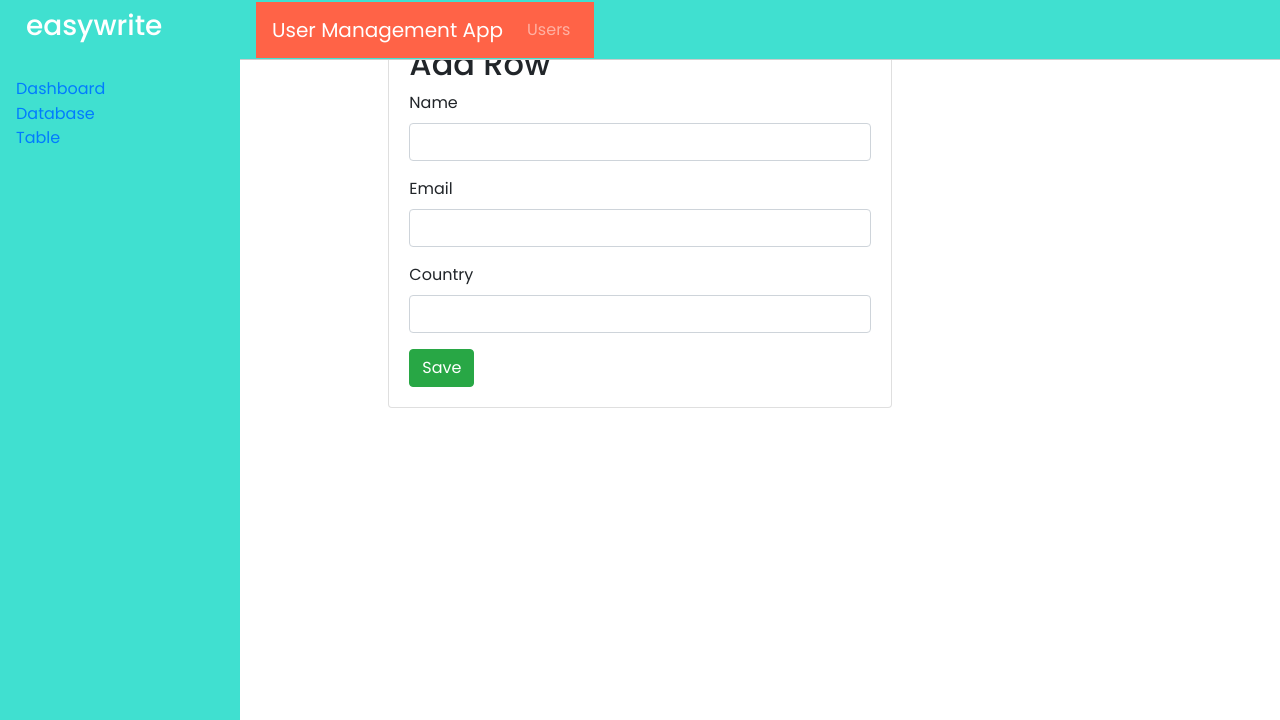
Repository: ngan429/CRUD_14
Page: http://localhost/crudweb/new
The author's editor kept a copy of each file at every save. The page is drawn from the files as they stood at one save, then again after the next save.
The browser window is 1280 px wide. The pictures show the whole page.
Some icons come from a web library that is not loaded, so they are not drawn. The page is served by Tomcat 9. Other server files are loaded and not shown.

Above is the page before, as saved 2022-06-03 21:35:58.

### crudweb/crudweb/WebContent/user-form.jsp
<%@ page language="java" contentType="text/html; charset=UTF-8"
 pageEncoding="UTF-8"%>
    <%@ taglib uri="http://java.sun.com/jsp/jstl/core" prefix="c"%>
        <html>

        <head>
            <title>User Management Application</title>
            <link rel="stylesheet" href="https://stackpath.bootstrapcdn.com/bootstrap/4.3.1/css/bootstrap.min.css" integrity="sha384-ggOyR0iXCbMQv3Xipma34MD+dH/1fQ784/j6cY/iJTQUOhcWr7x9JvoRxT2MZw1T" crossorigin="anonymous">
        <link rel="stylesheet" href="http://cdn.jsdelivr.net/gh/lykmapipo/themify-icons@0.1.2/css/themify-icons.css">
<link rel="stylesheet" href="css/style.css">
<link href="https://fonts.googleapis.com/css2?family=Inter:wght@300;400;600&display=swap" rel="stylesheet">
<link rel="stylesheet"
	href="<%=request.getContextPath()%>/css/style.css">
<style>
<style>
*{
	font-family: 'Poppins', sans-serif;
	margin: 0;
	padding: 0;
	text-decoration: none;
	list-style-type: none;
	box-sizing: border-box;
}
.sidebar{
	height: 100%;
	width: 240px;
	position: fixed;
	left: 0;
	top: 0;
	z-index: 100;
	background-color:turquoise;
	color: #fff;

}
.slidebar-header{
	display: flex;
	justify-content: space-around;
	align-items: center;
	height: 60px;
	padding: 0rem 1 rem;
}
.sidebar-menu{
	padding: 1rem;
}
.slidebar li{
	margin-bottom: 1rem;
}
.slidebar a{
	color: #fff;
}
.slidebar a span:last-child {
	padding-right: 0rem 1rem;
}
.main-content{
	position: relative;
	margin-left: 240px;
}
header{
	position: fixed;
	left: 240px;
	top: 0;
	z-index: 100;
	width: calc(100% - 240px);
	background: #fff;
	height: 60px;
	padding: 0rem 1rem;
	display: flex;
	align-items: center;
	justify-content: space-between;
	border-bottom: 1px solid #ccc;
	background-color:turquoise;
}
.social-icons {
	display: flex;
	align-items: centers;
}
.social-icons div{
	height: 40px;
	width: 40px;
	background-size: cover;
	background-repeat: no-repeat;
	background-image: url("image/pikachu.jpg");
	background-color: #cccccc;
}
</style>
</head>
        <body>
        	<div class="sidebar">
		<div class="slidebar-header">
			<h3 class="brand">
				<span class="ti-unlink"></span>
				<span>easywrite</span>
			</h3>
			<span class="ti-menu-alt"></span>
		</div>
		<div class="sidebar-menu">
			<ul>
				 <li class="sidebar-item active">
                    <a href="">
                        <span class="ti-settings" ></i>
                        <span class="align-middle">Dashboard</span>
                    </a>
                </li>

                <li>
                    <a href="">
                        <span class="ti-settings"></span>
                        <span class="align-middle">Database</span>
                    </a>
                </li>

                <li class="sidebar-item">
                    <a href="">
                        <span class="ti-settings"></span>
                        <span class="align-middle">Table</span>
                    </a>
                </li>

			</ul>
		</div>
		<div class="main-content">
			<header>
			<span class="image" href="image/pikachu.jpg"></span>
				<div class="social-icons">
					<span class="ti-bell"></span>
					<span class="ti-comment"></span>

				</div>
			</header>
		</div>
	</div>
			<div class="user-form">
            <header>
                <nav class="navbar navbar-expand-md navbar-dark" style="background-color: tomato">
                    <div>
                        <a href="https://www.javaguides.net" class="navbar-brand"> User Management App </a>
                    </div>

                    <ul class="navbar-nav">
                        <li><a href="<%=request.getContextPath()%>/list" class="nav-link">Users</a></li>
                    </ul>
                </nav>
            </header>
            <br>
            <div class="container col-md-5">
                <div class="card">
                    <div class="card-body">
                        <c:if test="${user != null}">
                            <form action="update" method="post">
                        </c:if>
                        <c:if test="${user == null}">
                            <form action="insert" method="post">
                        </c:if>

                        <caption>
                            <h2>
                                <c:if test="${user != null}">
                                    Edit User
                                </c:if>
                                <c:if test="${user == null}">
                                    Add Row
                                </c:if>
                            </h2>
                        </caption>

                        <c:if test="${user != null}">
                            <input type="hidden" name="id" value="<c:out value='${user.id}' />" />
                        </c:if>

                        <fieldset class="form-group">
                            <label>Name</label> <input type="text" value="<c:out value='${user.name}' />" class="form-control" name="name" required="required">
                        </fieldset>

                        <fieldset class="form-group">
                            <label>Email</label> <input type="text" value="<c:out value='${user.email}' />" class="form-control" name="email">
                        </fieldset>

                        <fieldset class="form-group">
                            <label>Country</label> <input type="text" value="<c:out value='${user.country}' />" class="form-control" name="country">
                        </fieldset>

                        <button type="submit" class="btn btn-success">Save</button>
                        </form>
                    </div>
                </div>
            </div>
            </div>
        </body>

        </html>

### crudweb/crudweb/src/net/javaguides/usermanagement/web/UserServlet.java
package net.javaguides.usermanagement.web;

import java.io.IOException;
import java.sql.SQLException;
import java.util.List;

import javax.servlet.RequestDispatcher;
import javax.servlet.ServletException;
import javax.servlet.annotation.WebServlet;
import javax.servlet.http.HttpServlet;
import javax.servlet.http.HttpServletRequest;
import javax.servlet.http.HttpServletResponse;

import net.javaguides.usermanagement.dao.UserDAO;
import net.javaguides.usermanagement.model.User;

/**
 * ControllerServlet.java
 * This servlet acts as a page controller for the application, handling all
 * requests from the user.
 * @email Ramesh Fadatare
 */

@WebServlet("/")
public class UserServlet extends HttpServlet {
    private static final long serialVersionUID = 1L;
    private UserDAO userDAO;

    public void init() {
        userDAO = new UserDAO();
    }

    protected void doPost(HttpServletRequest request, HttpServletResponse response)
    throws ServletException, IOException {
        doGet(request, response);
    }

    protected void doGet(HttpServletRequest request, HttpServletResponse response)
    throws ServletException, IOException {
        String action = request.getServletPath();

        try {
            switch (action) {
                case "/new":
                    showNewForm(request, response);
                    break;
                case "/insert":
                    insertUser(request, response);
                    break;
                case "/delete":
                    deleteUser(request, response);
                    break;
                case "/edit":
                    showEditForm(request, response);
                    break;
                case "/update":
                    updateUser(request, response);
                    break;
                default:
                    listUser(request, response);
                    break;
            }
        } catch (SQLException ex) {
            throw new ServletException(ex);
        }
    }

    private void listUser(HttpServletRequest request, HttpServletResponse response)
    throws SQLException, IOException, ServletException {
        List < User > listUser = userDAO.selectAllUsers();
        request.setAttribute("listUser", listUser);
        RequestDispatcher dispatcher = request.getRequestDispatcher("user-list.jsp");
        dispatcher.forward(request, response);
    }

    private void showNewForm(HttpServletRequest request, HttpServletResponse response)
    throws ServletException, IOException {
        RequestDispatcher dispatcher = request.getRequestDispatcher("user-form.jsp");
        dispatcher.forward(request, response);
    }

    private void showEditForm(HttpServletRequest request, HttpServletResponse response)
    throws SQLException, ServletException, IOException {
        int id = Integer.parseInt(request.getParameter("id"));
        User existingUser = userDAO.selectUser(id);
        RequestDispatcher dispatcher = request.getRequestDispatcher("user-form.jsp");
        request.setAttribute("user", existingUser);
        dispatcher.forward(request, response);

    }

    private void insertUser(HttpServletRequest request, HttpServletResponse response)
    throws SQLException, IOException {
        String name = request.getParameter("name");
        String email = request.getParameter("email");
        String country = request.getParameter("country");
        User newUser = new User(name, email, country);
        userDAO.insertUser(newUser);
        response.sendRedirect("list");
    }

    private void updateUser(HttpServletRequest request, HttpServletResponse response)
    throws SQLException, IOException {
        int id = Integer.parseInt(request.getParameter("id"));
        String name = request.getParameter("name");
        String email = request.getParameter("email");
        String country = request.getParameter("country");

        User book = new User(id, name, email, country);
        userDAO.updateUser(book);
        response.sendRedirect("list");
    }

    private void deleteUser(HttpServletRequest request, HttpServletResponse response)
    throws SQLException, IOException {
        int id = Integer.parseInt(request.getParameter("id"));
        userDAO.deleteUser(id);
        response.sendRedirect("list");

    }
}

### crudweb/crudweb/WebContent/css/style.css
@charset "UTF-8";
@import url('https://fonts.googleapis.com/css2?family=Poppins:wght@300;400;500;600&display=swap');
:root {
	--main-color : #027581;
	--color-dark : #1D2231;
	--text-grey : #8390A2;
}
*{
	font-family: 'Poppins', sans-serif;
	margin: 0;
	padding: 0;
	text-decoration: none;
	list-style-type: none;
	box-sizing: border-box;
}
.sidebar{
	height: 100%;
	width: 240px;
	position: fixed;
	left: 0;
	top: 0;
	z-index: 100;
	backgroud: var(--main-color);
	color: #efefef;
}

After the next save:
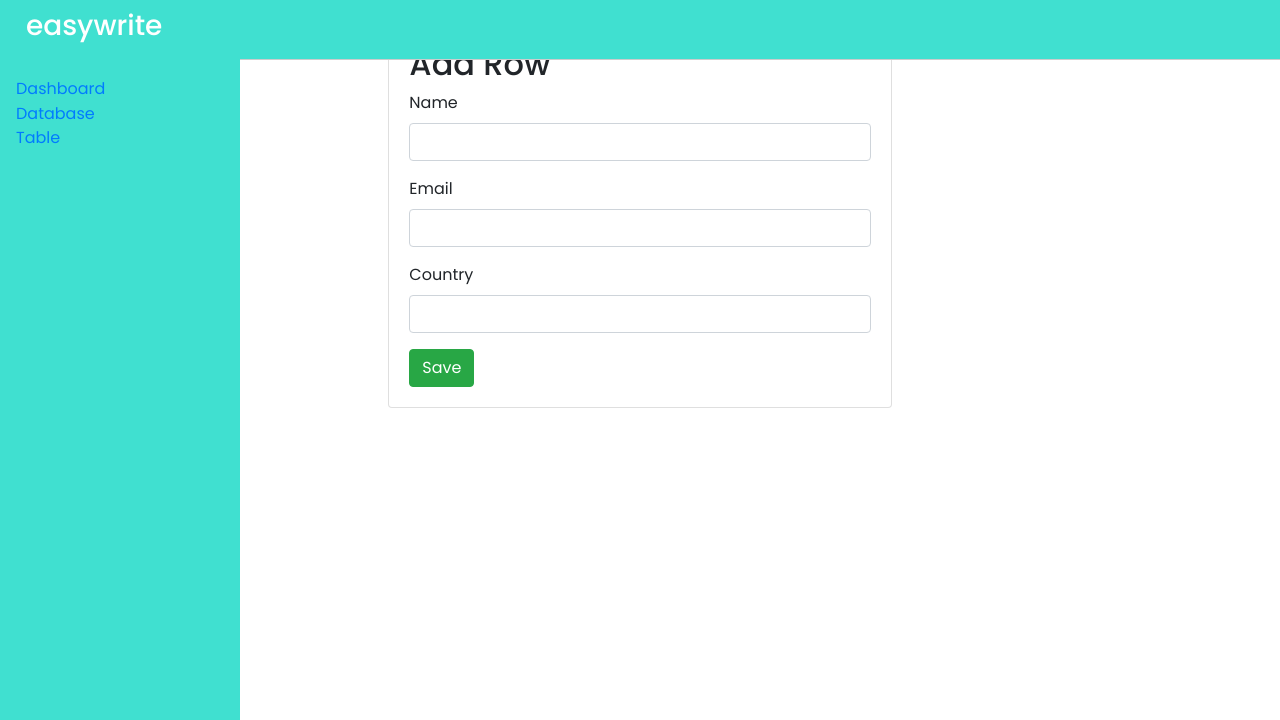
Saved 53 s later.
--- a/crudweb/crudweb/WebContent/user-form.jsp
+++ b/crudweb/crudweb/WebContent/user-form.jsp
@@ -130,17 +130,6 @@ header{
 		</div>
 	</div>
 			<div class="user-form">
-            <header>
-                <nav class="navbar navbar-expand-md navbar-dark" style="background-color: tomato">
-                    <div>
-                        <a href="https://www.javaguides.net" class="navbar-brand"> User Management App </a>
-                    </div>
-
-                    <ul class="navbar-nav">
-                        <li><a href="<%=request.getContextPath()%>/list" class="nav-link">Users</a></li>
-                    </ul>
-                </nav>
-            </header>
             <br>
             <div class="container col-md-5">
                 <div class="card">
